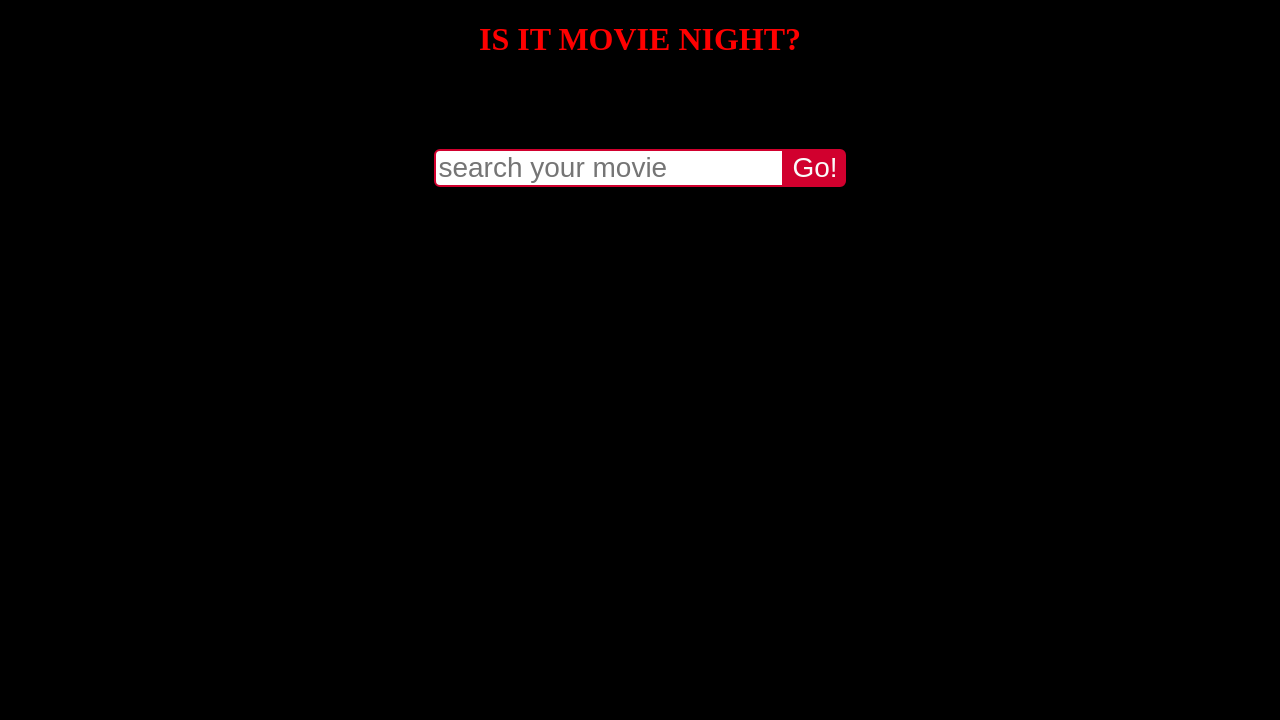
Repository: runner855/movies-app
Page: /
An editor plug-in stored every save of this project. The page is shown before and after the next save, followed by the edit.
The browser window is 1280 px wide. The pictures show the whole page.
The project was rebuilt for these pictures with package versions that can differ from the ones it lists, and the page was loaded fresh each time.

Above is the page before, as saved 2021-06-16 19:13:35.

### src/styles/index.css
@font-face {
  font-family: "BebasNeue";
  src: url("../fonts/BebasNeue.otf") format("otf");
}
* {
  box-sizing: border-box;
}

body {
  margin: 0;
  padding: 0;
  font-family: "BebasNeue", sans-serif;
  background-color: #000;
}

### src/components/App.js
import React from "react";
import "../styles/App.css";
import Movies from "../components/Movies";
import Header from "../components/header";
import Search from "../components/Search";

const App = () => {
  return (
    <div className="App">
      <Header />
      <Movies />
      <Search />
    </div>
  );
};

export default App;

### src/components/Movies.js
import React from "react";
import "../styles/Movies.css";
import data from "../data/data.json";

const Movies = () => {
  return (
    <div>
      <h2>is it working?</h2>
      {data.map((movieDetail, index) => {
        return <h1>{data.Title}</h1>;
      })}
    </div>
  );
};

export default Movies;

### src/components/header.js
import React from "react";
import "../styles/header.css";

const header = () => {
  return (
    <>
      <h1>IS IT MOVIE NIGHT?</h1>
    </>
  );
};

export default header;

### src/components/Search.js
import React, { useState } from "react";
import "../styles/Search.css";
import Movies from "./Movies";

const Search = ({ setMoviesResults }) => {
  const [value, setValue] = useState();

  const handleSubmit = (event) => {
    event.preventDefault();
    Movies(value);
  };
  return (
    <>
      <form className="search-form" onSubmit={handleSubmit}>
        <input
          placeholder="search your movie"
          className="search-input"
          type="text"
          onChange={(e) => setValue(e.target.value)}
        />
        <button className="search-btn" type="submit">
          Go!
        </button>
      </form>
    </>
  );
};

export default Search;

### src/data/data.json
[
  {
    "Title": "Avatar",
    "Year": "2009",
    "Rated": "PG-13",
    "Released": "18 Dec 2009",
    "Runtime": "162 min",
    "Genre": "Action, Adventure, Fantasy",
    "Director": "James Cameron",
    "Writer": "James Cameron",
    "Actors": "Sam Worthington, Zoe Saldana, Sigourney Weaver, Stephen Lang",
    "Plot": "A paraplegic marine dispatched to the moon Pandora on a unique mission becomes torn between following his orders and protecting the world he feels is his home.",
    "Language": "English, Spanish",
    "Country": "USA, UK",
    "Awards": "Won 3 Oscars. Another 80 wins & 121 nominations.",
    "Poster": "http://ia.media-imdb.com/images/M/MV5BMTYwOTEwNjAzMl5BMl5BanBnXkFtZTcwODc5MTUwMw@@._V1_SX300.jpg",
    "Metascore": "83",
    "imdbRating": "7.9",
    "imdbVotes": "890,617",
    "imdbID": "tt0499549",
    "Type": "movie",
    "Response": "True",
    "Images": [
      "https://images-na.ssl-images-amazon.com/images/M/MV5BMjEyOTYyMzUxNl5BMl5BanBnXkFtZTcwNTg0MTUzNA@@._V1_SX1500_CR0,0,1500,999_AL_.jpg",
      "https://images-na.ssl-images-amazon.com/images/M/MV5BNzM2MDk3MTcyMV5BMl5BanBnXkFtZTcwNjg0MTUzNA@@._V1_SX1777_CR0,0,1777,999_AL_.jpg",
      "https://images-na.ssl-images-amazon.com/images/M/MV5BMTY2ODQ3NjMyMl5BMl5BanBnXkFtZTcwODg0MTUzNA@@._V1_SX1777_CR0,0,1777,999_AL_.jpg",
      "https://images-na.ssl-images-amazon.com/images/M/MV5BMTMxOTEwNDcxN15BMl5BanBnXkFtZTcwOTg0MTUzNA@@._V1_SX1777_CR0,0,1777,999_AL_.jpg",
      "https://images-na.ssl-images-amazon.com/images/M/MV5BMTYxMDg1Nzk1MV5BMl5BanBnXkFtZTcwMDk0MTUzNA@@._V1_SX1500_CR0,0,1500,999_AL_.jpg"
    ]
  },
  {
    "Title": "I Am Legend",
    "Year": "2007",
    "Rated": "PG-13",
    "Released": "14 Dec 2007",
    "Runtime": "101 min",
    "Genre": "Drama, Horror, Sci-Fi",
    "Director": "Francis Lawrence",
    "Writer": "Mark Protosevich (screenplay), Akiva Goldsman (screenplay), Richard Matheson (novel), John William Corrington, Joyce Hooper Corrington",
    "Actors": "Will Smith, Alice Braga, Charlie Tahan, Salli Richardson-Whitfield",
    "Plot": "Years after a plague kills most of humanity and transforms the rest into monsters, the sole survivor in New York City struggles valiantly to find a cure.",
    "Language": "English",
    "Country": "USA",
    "Awards": "9 wins & 21 nominations.",
    "Poster": "http://ia.media-imdb.com/images/M/MV5BMTU4NzMyNDk1OV5BMl5BanBnXkFtZTcwOTEwMzU1MQ@@._V1_SX300.jpg",
    "Metascore": "65",
    "imdbRating": "7.2",
    "imdbVotes": "533,874",
    "imdbID": "tt0480249",
    "Type": "movie",
    "Response": "True",
    "Images": [
      "https://images-na.ssl-images-amazon.com/images/M/MV5BMTI0NTI4NjE3NV5BMl5BanBnXkFtZTYwMDA0Nzc4._V1_.jpg",
      "https://images-na.ssl-images-amazon.com/images/M/MV5BMTIwMDg2MDU4M15BMl5BanBnXkFtZTYwMTA0Nzc4._V1_.jpg",
      "https://images-na.ssl-images-amazon.com/images/M/MV5BMTc5MDM1OTU5OV5BMl5BanBnXkFtZTYwMjA0Nzc4._V1_.jpg",
      "https://images-na.ssl-images-amazon.com/images/M/MV5BMTA0MTI2NjMzMzFeQTJeQWpwZ15BbWU2MDMwNDc3OA@@._V1_.jpg"
    ]
  },
  {
    "Title": "300",
    "Year": "2006",
    "Rated": "R",
    "Released": "09 Mar 2007",
    "Runtime": "117 min",
    "Genre": "Action, Drama, Fantasy",
    "Director": "Zack Snyder",
    "Writer": "Zack Snyder (screenplay), Kurt Johnstad (screenplay), Michael Gordon (screenplay), Frank Miller (graphic novel), Lynn Varley (graphic novel)",
    "Actors": "Gerard Butler, Lena Headey, Dominic West, David Wenham",
    "Plot": "King Leonidas of Sparta and a force of 300 men fight the Persians at Thermopylae in 480 B.C.",
    "Language": "English",
    "Country": "USA",
    "Awards": "16 wins & 42 nominations.",
    "Poster": "http://ia.media-imdb.com/images/M/MV5BMjAzNTkzNjcxNl5BMl5BanBnXkFtZTYwNDA4NjE3._V1_SX300.jpg",
    "Metascore": "52",
    "imdbRating": "7.7",
    "imdbVotes": "611,046",
    "imdbID": "tt0416449",
    "Type": "movie",
    "Response": "True",
    "Images": [
      "https://images-na.ssl-images-amazon.com/images/M/MV5BMTMwNTg5MzMwMV5BMl5BanBnXkFtZTcwMzA2NTIyMw@@._V1_SX1777_CR0,0,1777,937_AL_.jpg",
      "https://images-na.ssl-images-amazon.com/images/M/MV5BMTQwNTgyNTMzNF5BMl5BanBnXkFtZTcwNDA2NTIyMw@@._V1_SX1777_CR0,0,1777,935_AL_.jpg",
      "https://images-na.ssl-images-amazon.com/images/M/MV5BMTc0MjQzOTEwMV5BMl5BanBnXkFtZTcwMzE2NTIyMw@@._V1_SX1777_CR0,0,1777,947_AL_.jpg"
    ]
  },
  {
    "Title": "The Avengers",
    "Year": "2012",
    "Rated": "PG-13",
    "Released": "04 May 2012",
    "Runtime": "143 min",
    "Genre": "Action, Sci-Fi, Thriller",
    "Director": "Joss Whedon",
    "Writer": "Joss Whedon (screenplay), Zak Penn (story), Joss Whedon (story)",
    "Actors": "Robert Downey Jr., Chris Evans, Mark Ruffalo, Chris Hemsworth",
    "Plot": "Earth's mightiest heroes must come together and learn to fight as a team if they are to stop the mischievous Loki and his alien army from enslaving humanity.",
    "Language": "English, Russian",
    "Country": "USA",
    "Awards": "Nominated for 1 Oscar. Another 34 wins & 75 nominations.",
    "Poster": "http://ia.media-imdb.com/images/M/MV5BMTk2NTI1MTU4N15BMl5BanBnXkFtZTcwODg0OTY0Nw@@._V1_SX300.jpg",
    "Metascore": "69",
    "imdbRating": "8.1",
    "imdbVotes": "1,003,301",
    "imdbID": "tt0848228",
    "Type": "movie",
    "Response": "True",
    "Images": [
      "https://images-na.ssl-images-amazon.com/images/M/MV5BMTA0NjY0NzE4OTReQTJeQWpwZ15BbWU3MDczODg2Nzc@._V1_SX1777_CR0,0,1777,999_AL_.jpg",
      "https://images-na.ssl-images-amazon.com/images/M/MV5BMjE1MzEzMjcyM15BMl5BanBnXkFtZTcwNDM4ODY3Nw@@._V1_SX1777_CR0,0,1777,999_AL_.jpg",
      "https://images-na.ssl-images-amazon.com/images/M/MV5BMjMwMzM2MTg1M15BMl5BanBnXkFtZTcwNjM4ODY3Nw@@._V1_SX1777_CR0,0,1777,999_AL_.jpg",
      "https://images-na.ssl-images-amazon.com/images/M/MV5BMTQ4NzM2Mjc5MV5BMl5BanBnXkFtZTcwMTkwOTY3Nw@@._V1_SX1777_CR0,0,1777,999_AL_.jpg",
      "https://images-na.ssl-images-amazon.com/images/M/MV5BMTc3MzQ3NjA5N15BMl5BanBnXkFtZTcwMzY5OTY3Nw@@._V1_SX1777_CR0,0,1777,999_AL_.jpg"
    ]
  },
  {
    "Title": "The Wolf of Wall Street",
    "Year": "2013",
    "Rated": "R",
    "Released": "25 Dec 2013",
    "Runtime": "180 min",
    "Genre": "Biography, Comedy, Crime",
    "Director": "Martin Scorsese",
    "Writer": "Terence Winter (screenplay), Jordan Belfort (book)",
    "Actors": "Leonardo DiCaprio, Jonah Hill, Margot Robbie, Matthew McConaughey",
    "Plot": "Based on the true story of Jordan Belfort, from his rise to a wealthy stock-broker living the high life to his fall involving crime, corruption and the federal government.",
    "Language": "English, French",
    "Country": "USA",
    "Awards": "Nominated for 5 Oscars. Another 35 wins & 154 nominations.",
    "Poster": "http://ia.media-imdb.com/images/M/MV5BMjIxMjgxNTk0MF5BMl5BanBnXkFtZTgwNjIyOTg2MDE@._V1_SX300.jpg",
    "Metascore": "75",
    "imdbRating": "8.2",
    "imdbVotes": "786,985",
    "imdbID": "tt0993846",
    "Type": "movie",
    "Response": "True",
    "Images": [
      "https://images-na.ssl-images-amazon.com/images/M/MV5BNDIwMDIxNzk3Ml5BMl5BanBnXkFtZTgwMTg0MzQ4MDE@._V1_SX1500_CR0,0,1500,999_AL_.jpg",
      "https://images-na.ssl-images-amazon.com/images/M/MV5BMTc0NzAxODAyMl5BMl5BanBnXkFtZTgwMDg0MzQ4MDE@._V1_SX1500_CR0,0,1500,999_AL_.jpg",
      "https://images-na.ssl-images-amazon.com/images/M/MV5BMTExMDk1MDE4NzVeQTJeQWpwZ15BbWU4MDM4NDM0ODAx._V1_SX1500_CR0,0,1500,999_AL_.jpg",
      "https://images-na.ssl-images-amazon.com/images/M/MV5BMTg3MTY4NDk4Nl5BMl5BanBnXkFtZTgwNjc0MzQ4MDE@._V1_SX1500_CR0,0,1500,999_AL_.jpg",
      "https://images-na.ssl-images-amazon.com/images/M/MV5BMTgzMTg4MDI0Ml5BMl5BanBnXkFtZTgwOTY0MzQ4MDE@._V1_SY1000_CR0,0,1553,1000_AL_.jpg"
    ]
  },
  {
    "Title": "Interstellar",
    "Year": "2014",
    "Rated": "PG-13",
    "Released": "07 Nov 2014",
    "Runtime": "169 min",
    "Genre": "Adventure, Drama, Sci-Fi",
    "Director": "Christopher Nolan",
    "Writer": "Jonathan Nolan, Christopher Nolan",
    "Actors": "Ellen Burstyn, Matthew McConaughey, Mackenzie Foy, John Lithgow",
    "Plot": "A team of explorers travel through a wormhole in space in an attempt to ensure humanity's survival.",
    "Language": "English",
    "Country": "USA, UK",
    "Awards": "Won 1 Oscar. Another 39 wins & 134 nominations.",
    "Poster": "http://ia.media-imdb.com/images/M/MV5BMjIxNTU4MzY4MF5BMl5BanBnXkFtZTgwMzM4ODI3MjE@._V1_SX300.jpg",
    "Metascore": "74",
    "imdbRating": "8.6",
    "imdbVotes": "937,412",
    "imdbID": "tt0816692",
    "Type": "movie",
    "Response": "True",
    "Images": [
      "https://images-na.ssl-images-amazon.com/images/M/MV5BMjA3NTEwOTMxMV5BMl5BanBnXkFtZTgwMjMyODgxMzE@._V1_SX1500_CR0,0,1500,999_AL_.jpg",
      "https://images-na.ssl-images-amazon.com/images/M/MV5BMzQ5ODE2MzEwM15BMl5BanBnXkFtZTgwMTMyODgxMzE@._V1_SX1500_CR0,0,1500,999_AL_.jpg",
      "https://images-na.ssl-images-amazon.com/images/M/MV5BMTg4Njk4MzY0Nl5BMl5BanBnXkFtZTgwMzIyODgxMzE@._V1_SX1500_CR0,0,1500,999_AL_.jpg",
      "https://images-na.ssl-images-amazon.com/images/M/MV5BMzE3MTM0MTc3Ml5BMl5BanBnXkFtZTgwMDIyODgxMzE@._V1_SX1500_CR0,0,1500,999_AL_.jpg",
      "https://images-na.ssl-images-amazon.com/images/M/MV5BNjYzNjE2NDk3N15BMl5BanBnXkFtZTgwNzEyODgxMzE@._V1_SX1500_CR0,0,1500,999_AL_.jpg"
    ]
  },
  {
    "ComingSoon": true,
    "Title": "Doctor Strange",
    "Year": "2016",
    "Rated": "N/A",
    "Released": "04 Nov 2016",
    "Runtime": "N/A",
    "Genre": "Action, Adventure, Fantasy",
    "Director": "Scott Derrickson",
    "Writer": "Scott Derrickson (screenplay), C. Robert Cargill (screenplay), Jon Spaihts (story by), Scott Derrickson (story by), C. Robert Cargill (story by), Steve Ditko (comic book)",
    "Actors": "Rachel McAdams, Benedict Cumberbatch, Mads Mikkelsen, Tilda Swinton",
    "Plot": "After his career is destroyed, a brilliant but arrogant and conceited surgeon gets a new lease on life when a sorcerer takes him under her wing and trains him to defend the world against evil.",
    "Language": "English",
    "Country": "USA",
    "Awards": "N/A",
    "Poster": "http://ia.media-imdb.com/images/M/MV5BNjgwNzAzNjk1Nl5BMl5BanBnXkFtZTgwMzQ2NjI1OTE@._V1_SX300.jpg",
    "Metascore": "N/A",
    "imdbRating": "N/A",
    "imdbVotes": "N/A",
    "imdbID": "tt1211837",
    "Type": "movie",
    "Response": "True",
    "Images": [
      "https://images-na.ssl-images-amazon.com/images/M/MV5BMjM3ODc1ODI5Ml5BMl5BanBnXkFtZTgwODMzMDY3OTE@._V1_.jpg",
      "https://images-na.ssl-images-amazon.com/images/M/MV5BMTgxNTAyNTU0NV5BMl5BanBnXkFtZTgwNzMzMDY3OTE@._V1_.jpg",
      "https://images-na.ssl-images-amazon.com/images/M/MV5BMjE5NDc5NzUwNV5BMl5BanBnXkFtZTgwMDM3MDM2NzE@._V1_.jpg"
    ]
  },
  {
    "ComingSoon": true,
    "Title": "Rogue One: A Star Wars Story",
    "Year": "2016",
    "Rated": "N/A",
    "Released": "16 Dec 2016",
    "Runtime": "N/A",
    "Genre": "Action, Adventure, Sci-Fi",
    "Director": "Gareth Edwards",
    "Writer": "Chris Weitz (screenplay), Tony Gilroy (screenplay), John Knoll (story), Gary Whitta (story), George Lucas (characters)",
    "Actors": "Felicity Jones, Riz Ahmed, Mads Mikkelsen, Ben Mendelsohn",
    "Plot": "The Rebellion makes a risky move to steal the plans to the Death Star, setting up the epic saga to follow.",
    "Language": "English",
    "Country": "USA",
    "Awards": "1 nomination.",
    "Poster": "https://images-na.ssl-images-amazon.com/images/M/MV5BMjQyMzI2OTA3OF5BMl5BanBnXkFtZTgwNDg5NjQ0OTE@._V1_SY1000_CR0,0,674,1000_AL_.jpg",
    "Metascore": "N/A",
    "imdbRating": "N/A",
    "imdbVotes": "N/A",
    "imdbID": "tt3748528",
    "Type": "movie",
    "Response": "True",
    "Images": [
      "https://images-na.ssl-images-amazon.com/images/M/MV5BMjE3MzA4Nzk3NV5BMl5BanBnXkFtZTgwNjAxMTc1ODE@._V1_SX1777_CR0,0,1777,744_AL_.jpg",
      "https://images-na.ssl-images-amazon.com/images/M/MV5BNDMxMTQzMjQxM15BMl5BanBnXkFtZTgwNzAxMTc1ODE@._V1_SX1777_CR0,0,1777,744_AL_.jpg",
      "https://images-na.ssl-images-amazon.com/images/M/MV5BMTUyNjkxOTk5NV5BMl5BanBnXkFtZTgwODAxMTc1ODE@._V1_SX1777_CR0,0,1777,744_AL_.jpg",
      "https://images-na.ssl-images-amazon.com/images/M/MV5BNjM4MzExNDAyNl5BMl5BanBnXkFtZTgwOTAxMTc1ODE@._V1_SX1777_CR0,0,1777,744_AL_.jpg",
      "https://images-na.ssl-images-amazon.com/images/M/MV5BMjE3NTgxMDcyNV5BMl5BanBnXkFtZTgwMDExMTc1ODE@._V1_SX1777_CR0,0,1777,744_AL_.jpg"
    ]
  },
  {
    "ComingSoon": true,
    "Title": "Assassin's Creed",
    "Year": "2016",
    "Rated": "N/A",
    "Released": "21 Dec 2016",
    "Runtime": "N/A",
    "Genre": "Action, Adventure, Fantasy",
    "Director": "Justin Kurzel",
    "Writer": "Bill Collage (screenplay), Adam Cooper (screenplay), Michael Lesslie (screenplay)",
    "Actors": "Michael Fassbender, Michael Kenneth Williams, Marion Cotillard, Jeremy Irons",
    "Plot": "When Callum Lynch explores the memories of his ancestor Aguilar and gains the skills of a Master Assassin, he discovers he is a descendant of the secret Assassins society.",
    "Language": "English",
    "Country": "UK, France, USA, Hong Kong",
    "Awards": "N/A",
    "Poster": "http://ia.media-imdb.com/images/M/MV5BMTU2MTQwMjU1OF5BMl5BanBnXkFtZTgwMDA5NjU5ODE@._V1_SX300.jpg",
    "Metascore": "N/A",
    "imdbRating": "N/A",
    "imdbVotes": "N/A",
    "imdbID": "tt2094766",
    "Type": "movie",
    "Response": "True",
    "Images": [
      "https://images-na.ssl-images-amazon.com/images/M/MV5BN2EyYzgyOWEtNTY2NS00NjRjLWJiNDYtMWViMjg5MWZjYjgzXkEyXkFqcGdeQXVyNjUwNzk3NDc@._V1_.jpg",
      "https://images-na.ssl-images-amazon.com/images/M/MV5BMTYwOWYzOTctOTc4My00ZmJkLTgzMTctMmUxNDI5ODQzYzNjXkEyXkFqcGdeQXVyNDAyODU1Njc@._V1_SX1500_CR0,0,1500,999_AL_.jpg",
      "https://images-na.ssl-images-amazon.com/images/M/MV5BZTY5ZGUxMTAtYTU0OC00NGQ2LTkzNzgtZGZmNjlmNjY3MGU0XkEyXkFqcGdeQXVyNTY0MTkxMTg@._V1_SY1000_CR0,0,1500,1000_AL_.jpg",
      "https://images-na.ssl-images-amazon.com/images/M/MV5BZjA0MWYwZTEtYzc5Yi00NGM2LTg1YTctNjY2YzQ0NDJhZDAwXkEyXkFqcGdeQXVyNDAyODU1Njc@._V1_SY1000_CR0,0,1499,1000_AL_.jpg"
    ]
  }
]

### src/styles/header.css
h1 {
  font-family: "BebasNeue";
  color: red;
  font-weight: bold;
  text-align: center;
}

### src/styles/Search.css
.App {
  display: flex;
  flex-direction: column;
}

.app-ui {
  display: grid;
  grid-template-columns: repeat(auto-fit, min-max(384px, 2fr));
  grid-gap: 16px;
}

.search-input {
  width: 350px;
  background: #fff;
  border: 2px solid #d1002e;
  font-size: 28px;
  display: inline-block;
  outline: none;
  border-radius: 6px 0 0 6px;
}

.search-input {
  grid-column-start: 1;
  grid-column-end: -1;
}

.search-input input {
  width: 100%;
  box-sizing: border-box;
  justify-content: center;
}

.search-form {
  display: flex;
  flex-direction: row;
  justify-content: center;
  text-decoration: none;
}

.search-btn {
  position: relative;
  border: 2px solid #d1002e;
  background-color: #d1002e;
  color: #fafafa;
  font-size: 28px;
  display: inline-block;
  outline: none;
  border-radius: 0 6px 6px 0;
}

Loaded but not shown: public/index.html (common file); src/index.js (common file); src/styles/App.css (common file); src/styles/Movies.css (common file)

After the next save:
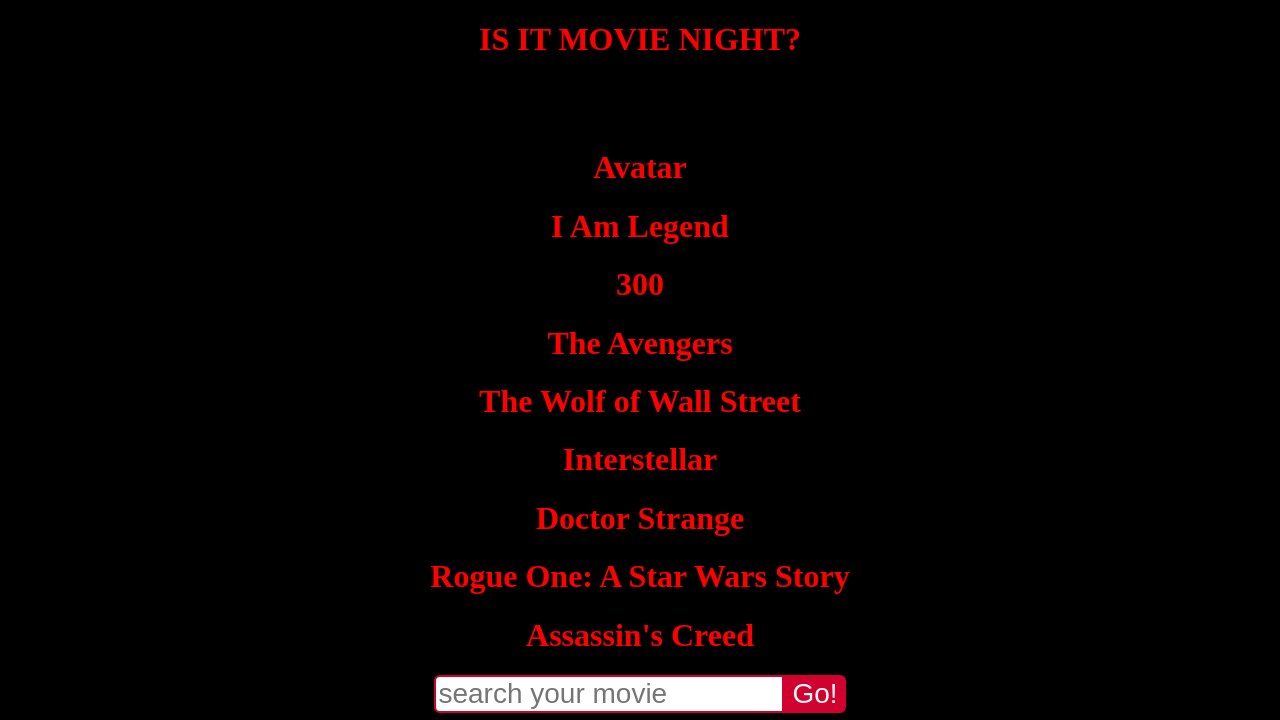
Saved 52 s later.
--- a/src/components/Movies.js
+++ b/src/components/Movies.js
@@ -7,7 +7,7 @@
     <div>
       <h2>is it working?</h2>
       {data.map((movieDetail, index) => {
-        return <h1>{data.Title}</h1>;
+        return <h1>{movieDetail.Title}</h1>;
       })}
     </div>
   );
